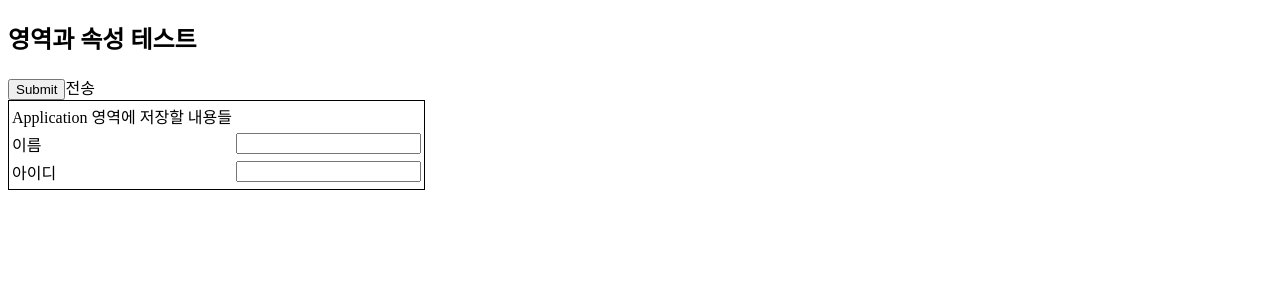
Repository: BancaKim/teamproject4
Page: http://localhost/JspDay3/JSPTEST2/dataTest1.jsp
These files come from the project's save history. The page is drawn as it stood at one moment and after the next save; the edit follows.
The browser window is 1280 px wide. The pictures show the whole page.
The page is served by Tomcat 9.

Above is the page before, as saved 2024-05-02 00:28:26.

### JspDay3/src/main/webapp/JSPTEST2/dataTest1.jsp
<%@ page language="java" contentType="text/html; charset=UTF-8"
    pageEncoding="UTF-8"%>
<!DOCTYPE html>
<html>
<head>
<meta charset="UTF-8">
<title>Insert title here</title>
</head>
<body>
<h2>영역과 속성 테스트</h2>
<form>
<table style="border:1px solid;'">
<tr>
<td>Application 영역에 저장할 내용들</td>
</tr>
<tr>
<td>이름</td>
<td><input type="text"></td>
</tr>
<tr>
<td>아이디</td>
<td><input type="text"></td>
</tr>
<tr>
<input type="submit">전송
</tr>


</table>


</form>
</body>
</html>

After the next save:
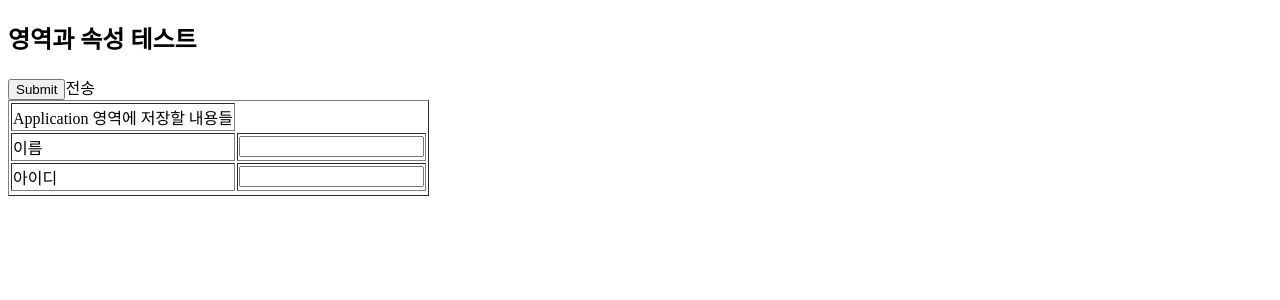
Saved 10 s later.
--- a/JspDay3/src/main/webapp/JSPTEST2/dataTest1.jsp
+++ b/JspDay3/src/main/webapp/JSPTEST2/dataTest1.jsp
@@ -9,7 +9,7 @@
 <body>
 <h2>영역과 속성 테스트</h2>
 <form>
-<table style="border:1px solid;'">
+<table border='1'>
 <tr>
 <td>Application 영역에 저장할 내용들</td>
 </tr>
